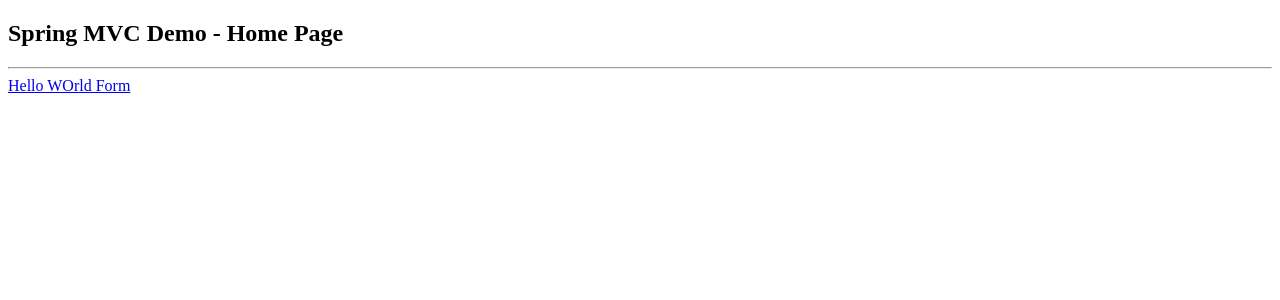
Repository: sarthakvengurlekar/Java-Files
Page: http://localhost/spring-mvc-demo/
An editor plug-in stored every save of this project. The page is shown before and after the next save, followed by the edit.
The browser window is 1280 px wide. The pictures show the whole page.
The page is served by Tomcat 9. Other server files are loaded and not shown.

Above is the page before, as saved 2023-03-07 02:49:06.

### spring-mvc-demo/WebContent/WEB-INF/view/main-menu.jsp
<!DOCTYPE html>
<html>

<body>

<h2>Spring MVC Demo - Home Page</h2>

<hr>

<a href="showForm">Hello WOrld Form</a>

</body>

</html>

After the next save:
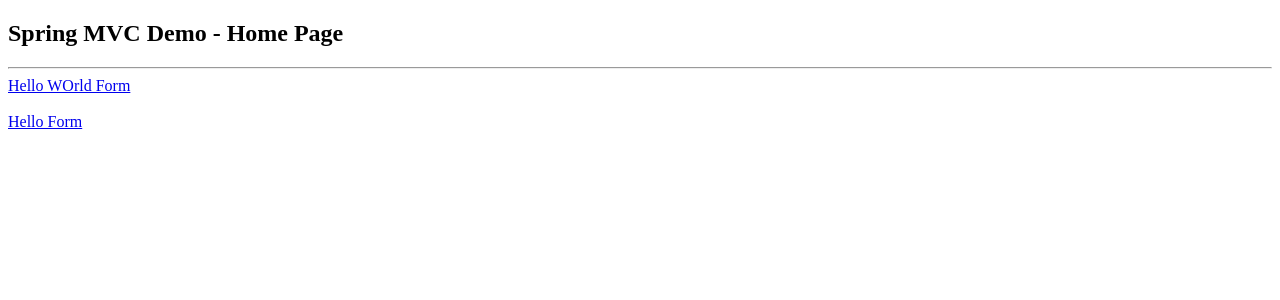
Saved 53 s later.
--- a/spring-mvc-demo/WebContent/WEB-INF/view/main-menu.jsp
+++ b/spring-mvc-demo/WebContent/WEB-INF/view/main-menu.jsp
@@ -9,6 +9,10 @@
 
 <a href="showForm">Hello WOrld Form</a>
 
+<br><br>
+
+<a href="student/showform">Hello Form</a>
+
 </body>
 
 </html>
